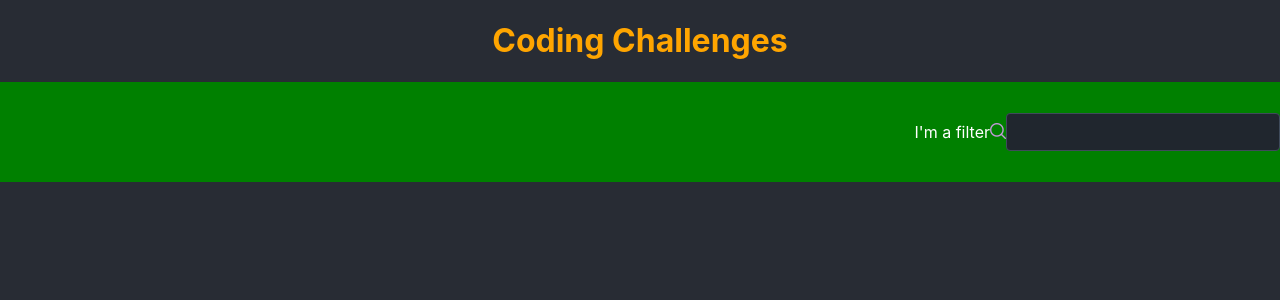
Repository: Valentina-Maraio/coding_challenges
Page: /
These files come from the project's save history. The page is drawn as it stood at one moment and after the next save; the edit follows.
The browser window is 1280 px wide. The pictures show the whole page.
The project was rebuilt for these pictures with package versions that can differ from the ones it lists, and the page was loaded fresh each time.

Above is the page before, as saved 2024-07-05 12:08:05.

### src/index.js
import React from 'react';
import ReactDOM from 'react-dom/client';
import './index.css';
import App from './App';
import reportWebVitals from './reportWebVitals';
import { PrimeReactProvider } from 'primereact/api';
import 'primeicons/primeicons.css';



const root = ReactDOM.createRoot(document.getElementById('root'));
root.render(
  <React.StrictMode>
    <PrimeReactProvider>
      <App/>
    </PrimeReactProvider>
  </React.StrictMode>
);

// If you want to start measuring performance in your app, pass a function
// to log results (for example: reportWebVitals(console.log))
// or send to an analytics endpoint. Learn more: https://bit.ly/CRA-vitals
reportWebVitals();

### src/App.js
import React, { useState } from "react";
import "primereact/resources/themes/bootstrap4-dark-purple/theme.css";
import "./App.css";
import { InputText } from "primereact/inputtext";
import { Button }  from "primereact/button";
import 'primeicons/primeicons.css';


function App() {
  const [inputValue, setInputValue] = useState("");

  const handleChange = (event) => {
    setInputValue(event.target.value);
  };

  const handleSubmit = () => {
    alert(`Input Value: ${inputValue}`);
    setInputValue("")
  };
  return (
    <>
      <div className="container">
        <div className="app_title">
          <h1>Coding Challenges</h1>
        </div>
        <div className="filter_container">
          <p>I'm a filter</p>
          <div className="submit_icon">
          <i onClick={handleSubmit} className="pi pi-search" style={{ color: 'var(--primary-color)' }}></i>
          </div>
          <InputText value={inputValue} onChange={handleChange} />
        </div>
      </div>
    </>
  );
}

export default App;

### src/App.css
body {
  background-color: #282c34;
}

.container {
  display: flex;
  justify-content: center;
  align-items: center;
  flex-direction: column;
}

.app_title {
  color: orange;
}

.filter_container {
  width: 100%;
  height: 100px;
  background-color: green;
  display: flex;
  justify-content: flex-end;
  align-items: center;
}

Loaded but not shown: public/index.html (common file); src/index.css (common file); src/reportWebVitals.js (common file)

After the next save:
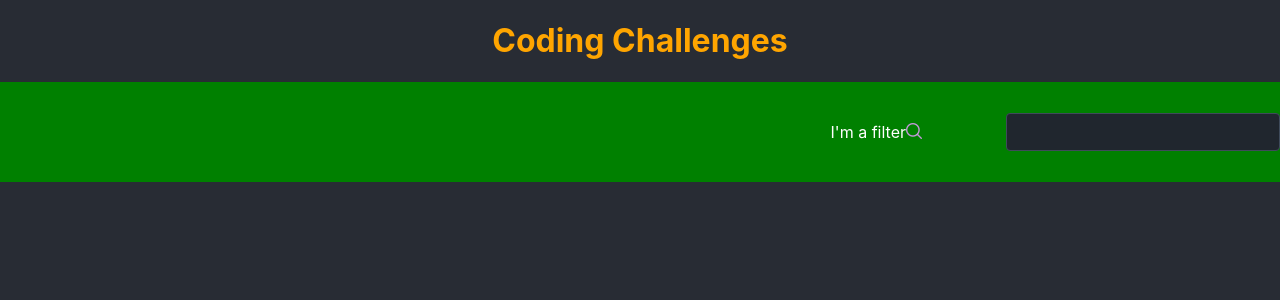
Saved 18 s later.
--- a/src/App.css
+++ b/src/App.css
@@ -21,3 +21,7 @@ body {
   justify-content: flex-end;
   align-items: center;
 }
+
+.submit_icon {
+  width: 100px;
+}
